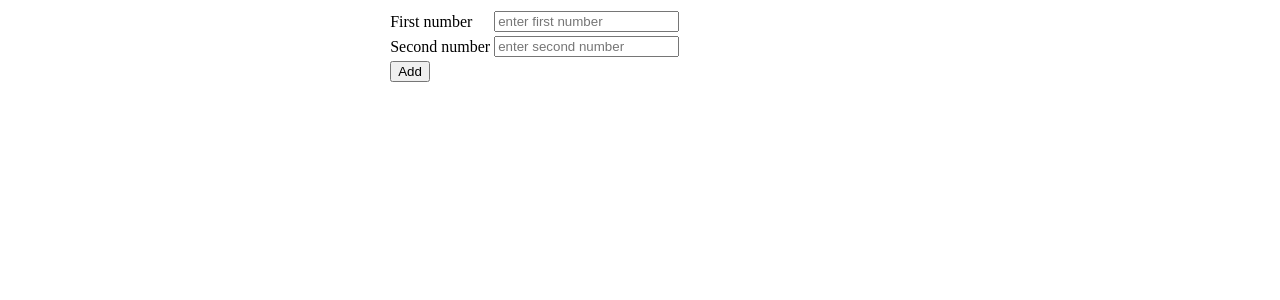
Repository: vima107/JDBC-CRUD-OPERATIONS
Page: addition/src/main/webapp/index.html
The author's editor kept a copy of each file at every save. The page is drawn from the files as they stood at one save, then again after the next save.
The browser window is 1280 px wide. The pictures show the whole page.

Above is the page before, as saved 2024-10-09 10:42:20.

### addition/src/main/webapp/index.html
<!DOCTYPE html>
<html>
<head>
<meta charset="UTF-8">
<title>Insert title here</title>
</head>
<body>

	<table style="margin-left:30%">
	<form action="/addition/Add">
		<tr>
			<td>First number</td>
			<td><input type="text" name="firstNumber" placeholder="enter first number"></td>
		</tr>
		<tr>
			<td>Second number</td>
			<td><input type="text" name="secondNumber" placeholder="enter second number"></td>
		</tr>
		<tr>
			<td><input type="submit" value="Add"></td>
		</tr>
	</form>
	</table>
</body>
</html>

After the next save:
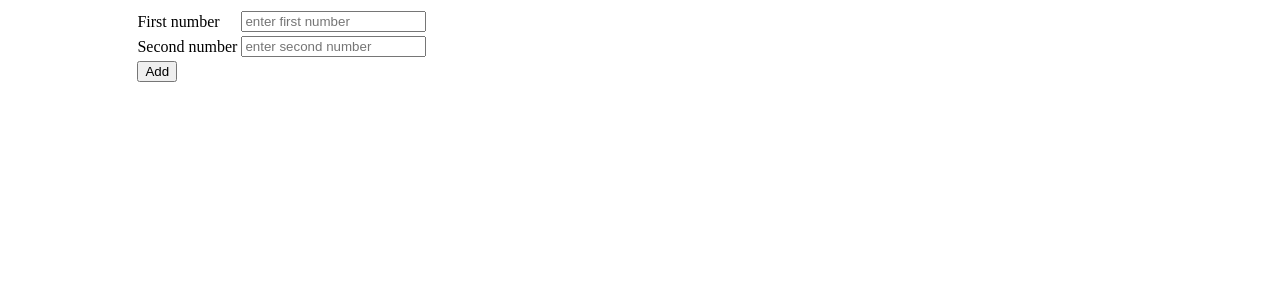
Saved 33 s later.
--- a/addition/src/main/webapp/index.html
+++ b/addition/src/main/webapp/index.html
@@ -6,7 +6,7 @@
 </head>
 <body>
 
-	<table style="margin-left:30%">
+	<table style="margin-left:10%">
 	<form action="/addition/Add">
 		<tr>
 			<td>First number</td>
